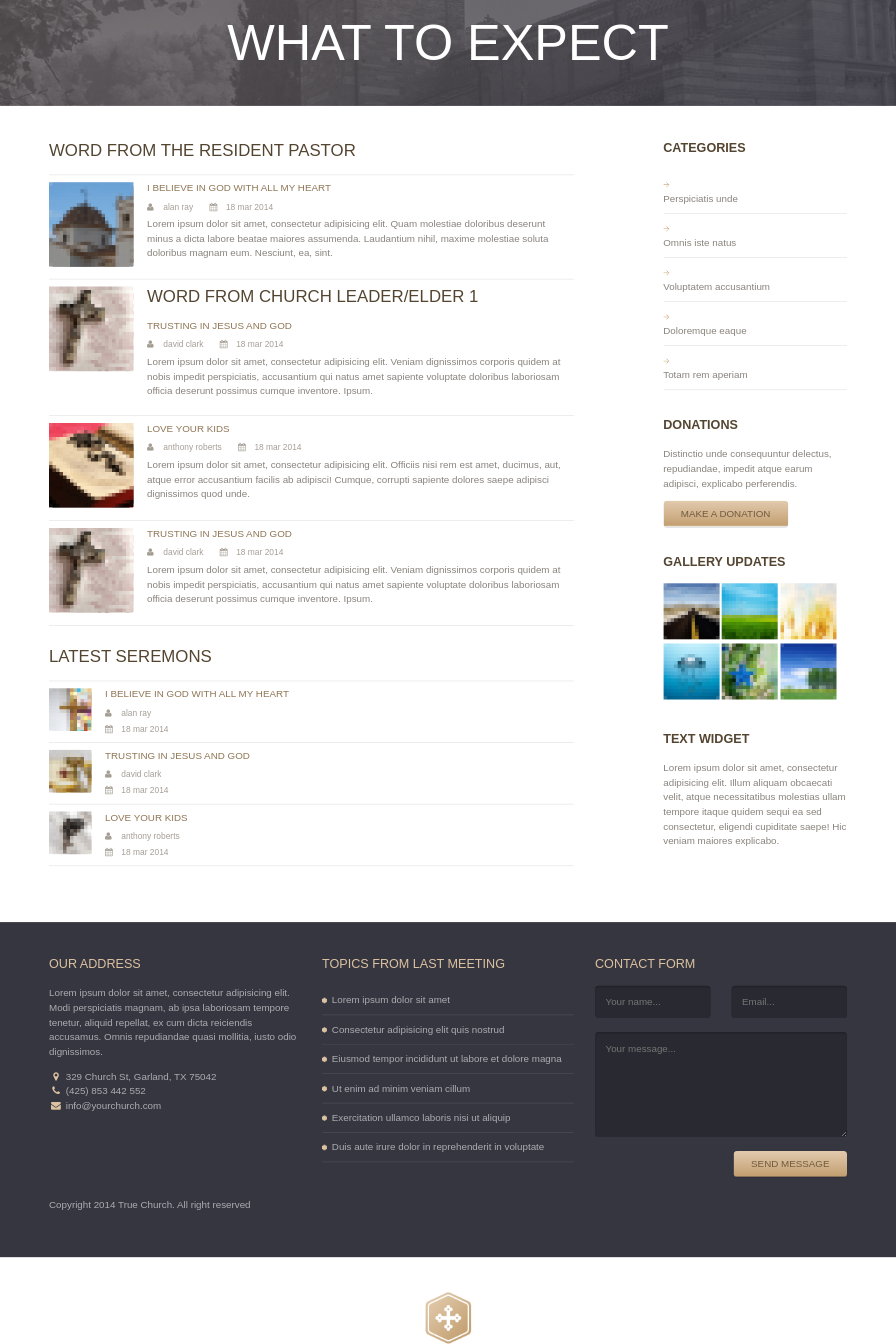
Repository: profbkmurage/churchWebsite
Page: testimonials.html
The author's editor kept a copy of each file at every save. The page is drawn from the files as they stood at one save, then again after the next save.
The browser window is 1280 px wide. The pictures show the part of the page from y = 305 to 2225 px (the page is 4189 px tall before and 4304 px after), at 70% of full size.

Above is the page before, as saved 2024-07-10 21:10:26.

After the next save:
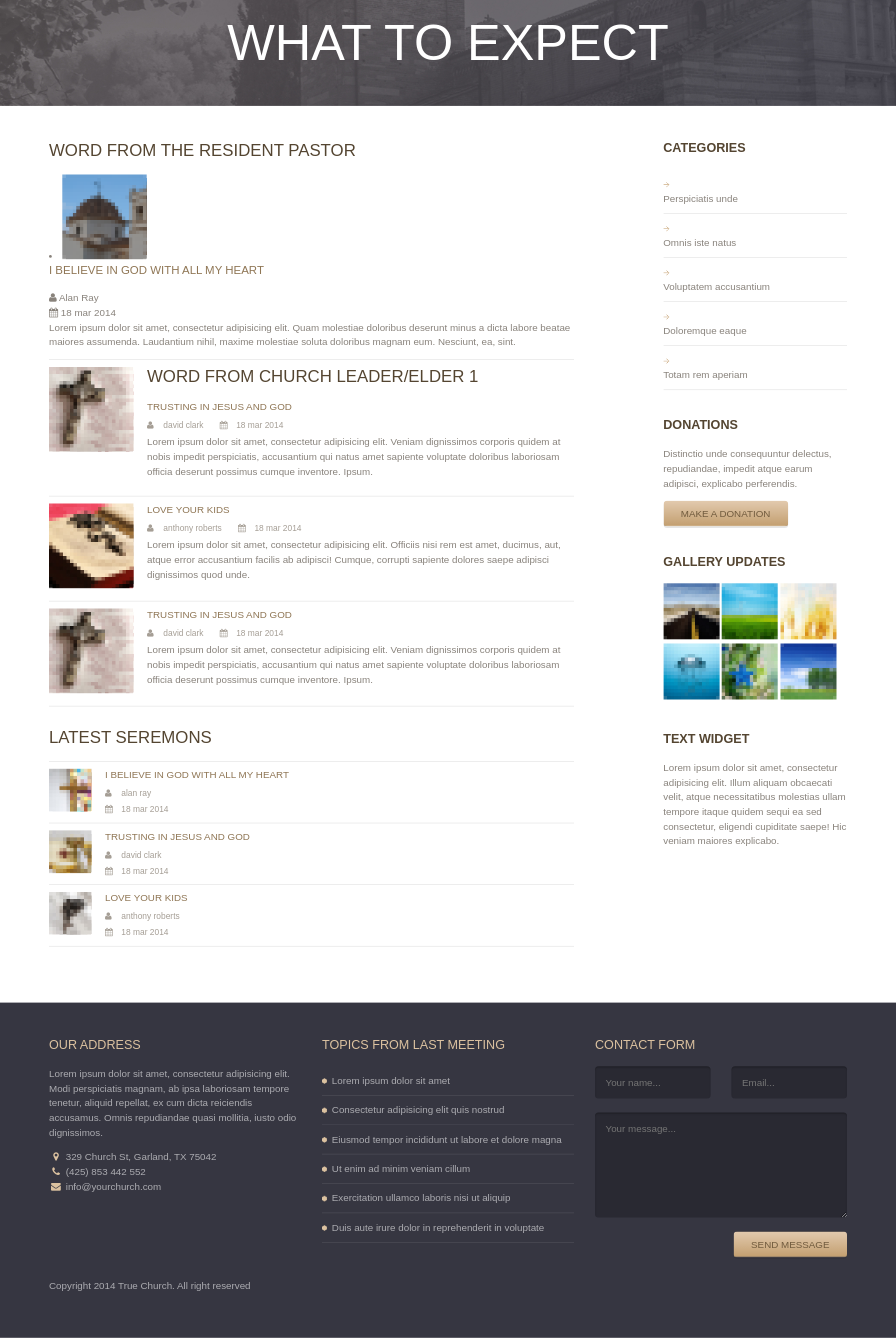
Saved 63 s later.
--- a/testimonials.html
+++ b/testimonials.html
@@ -58,7 +58,6 @@
 						<div class="row">
 							<div class="content col-md-8">
 								<h2 class="section-title">Word from the Resident Pastor</h2>
-								<ul class="seremon-list large">
 									<li>
 										<img src="images/thumb-1-120.png" alt="">
 										<div class="seremon-detail">
@@ -70,6 +69,7 @@
 											<p>Lorem ipsum dolor sit amet, consectetur adipisicing elit. Quam molestiae doloribus deserunt minus a dicta labore beatae maiores assumenda. Laudantium nihil, maxime molestiae soluta doloribus magnam eum. Nesciunt, ea, sint.</p>
 										</div>
 									</li>
+      								<ul class="seremon-list large">
 									<li>
       								<h2 class="section-title">Word from church leader/elder 1 </h2>
 										<img src="images/thumb-2-120.jpg" alt="">
